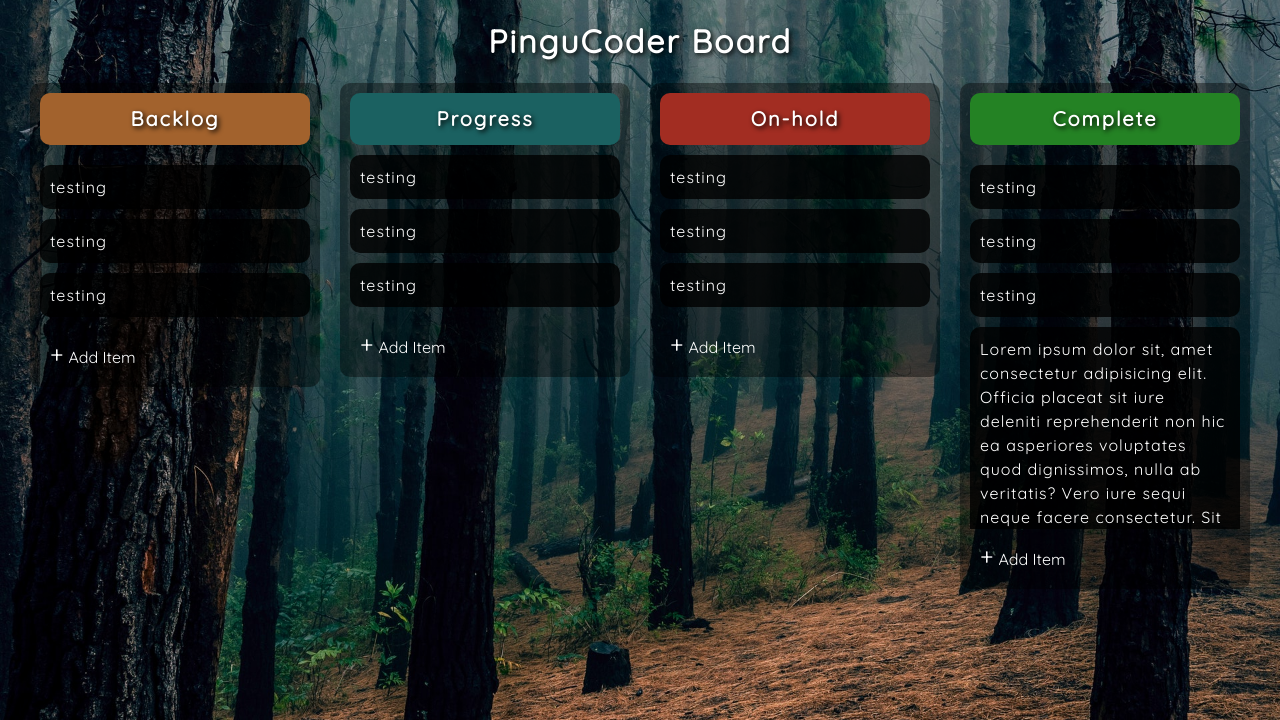
Repository: chanwarichawki/6Drag-And-Drop
Page: index.html
An editor plug-in stored every save of this project. The page is shown before and after a run of saves, followed by the edit.
The browser window is 1280 px wide. The pictures show the whole page.

Above is the page before, as saved 2023-12-25 19:33:11.

After the next 2 saves:
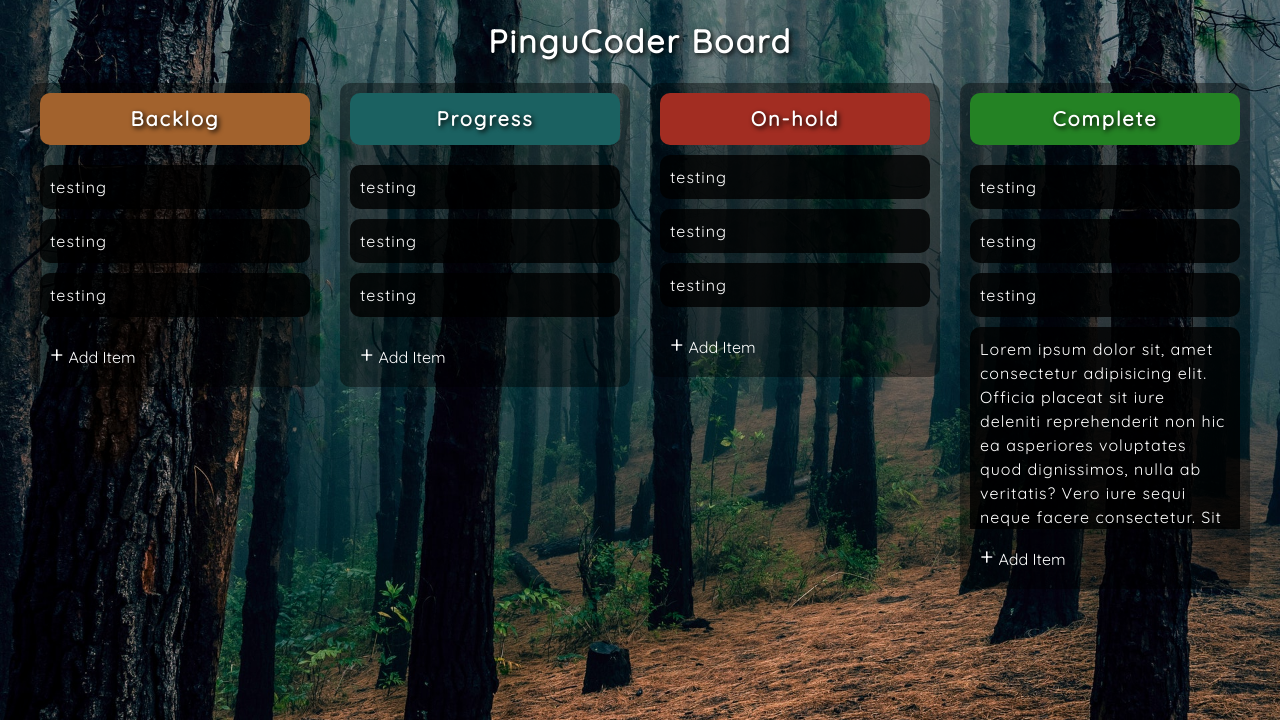
The 2 saves are shown as one change because they came seconds apart.
The last was saved 6 min 34 s later.
--- a/index.html
+++ b/index.html
@@ -46,7 +46,7 @@
           <h1>Progress</h1>
         </span>
         <!-- progress content -->
-        <div class="progress-content" class="custom-scroll">
+        <div id="progress-content" class="custom-scroll">
           <ul class="drag-item-list" id="progress-list">
             <li class="drag-item">testing</li>
             <li class="drag-item">testing</li>
